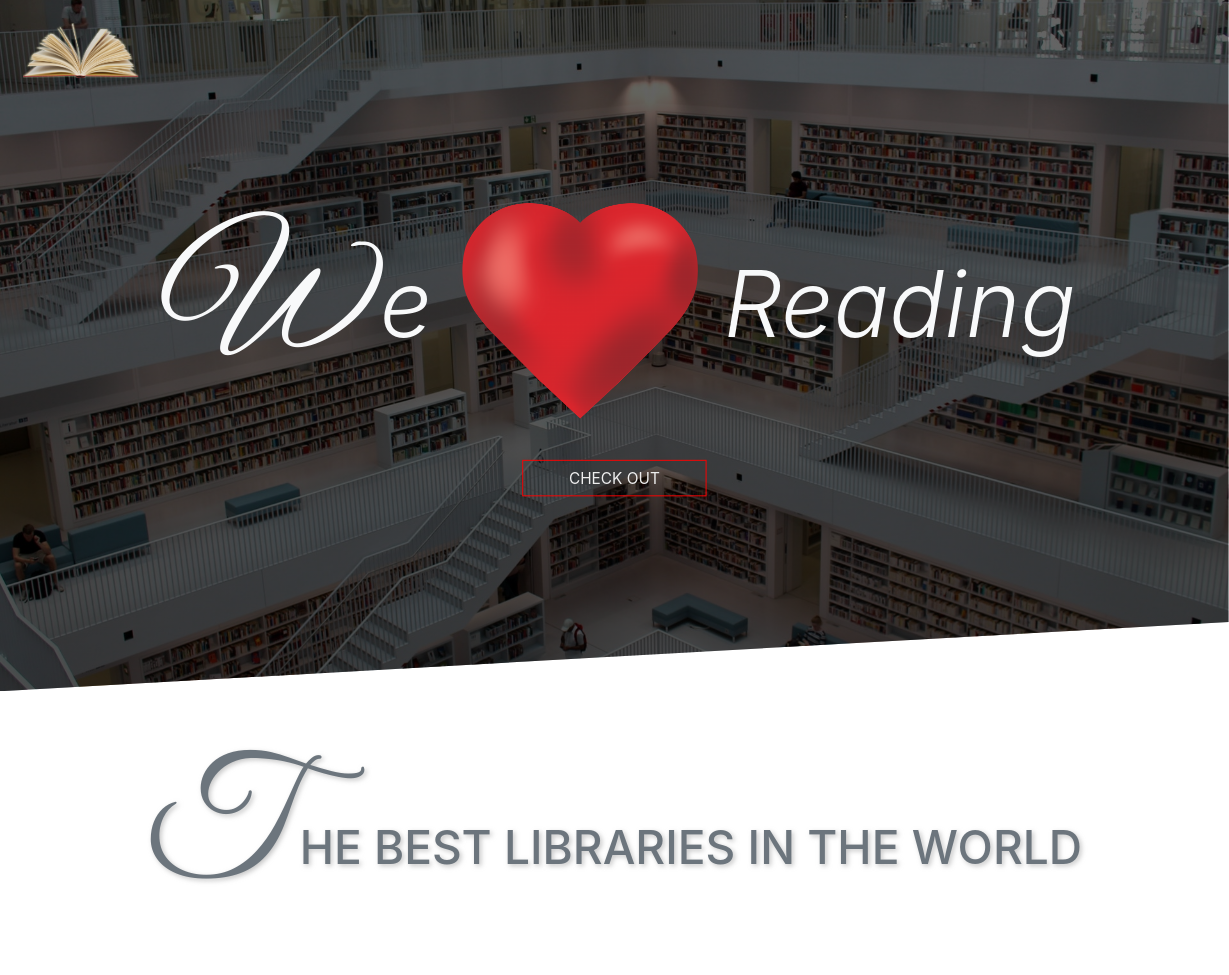
Repository: imedakrouti/BookStore
Page: index.html
An editor plug-in stored every save of this project. The page is shown before and after the next save, followed by the edit.
The browser window is 1280 px wide. The pictures show the whole page, at 96% of full size.
Backgrounds fixed to the window are drawn as part of the page. Some web libraries are served in a nearby version.

Above is the page before, as saved 2020-05-05 18:35:52.

After the next save:
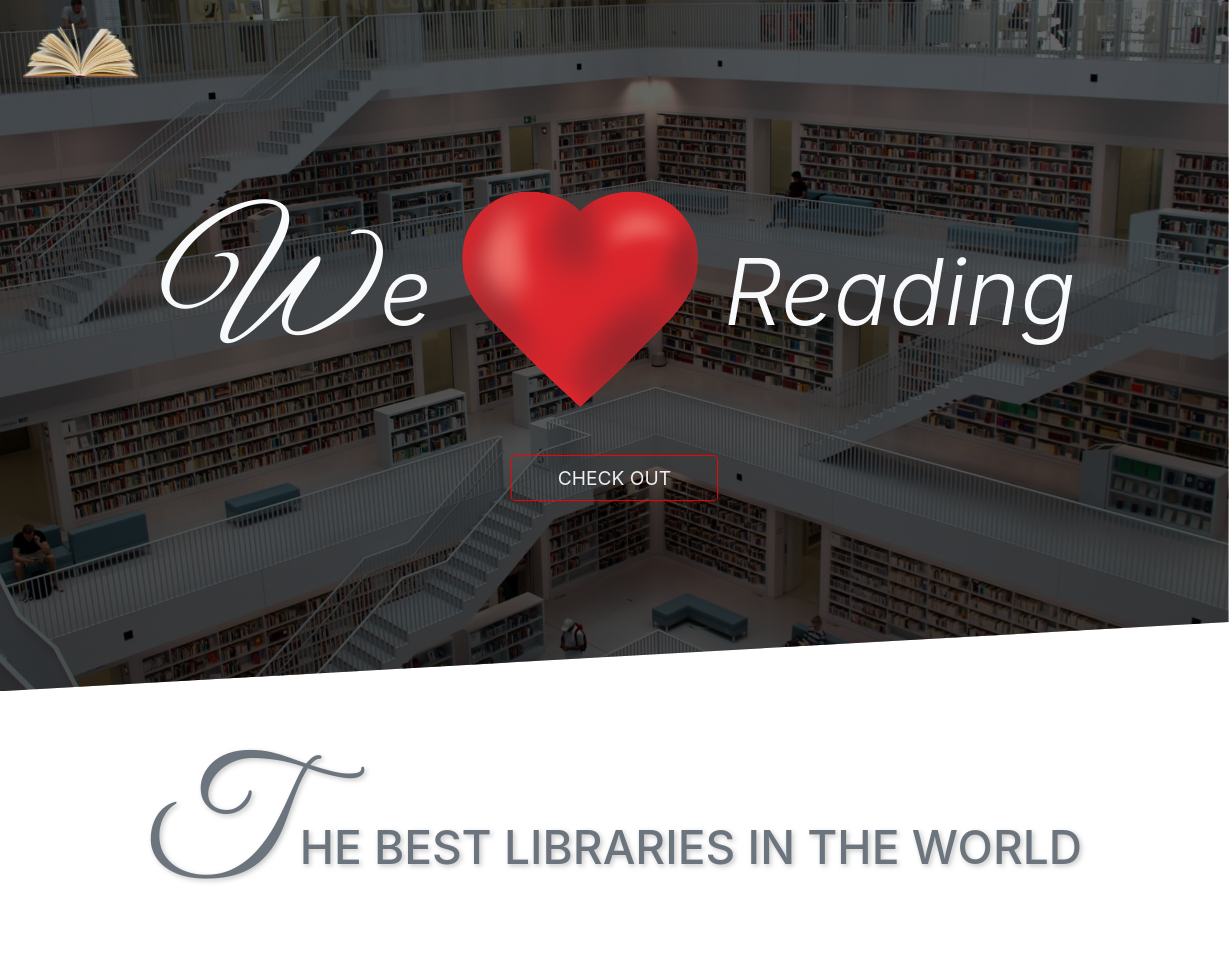
Saved 16 s later.
--- a/index.html
+++ b/index.html
@@ -26,7 +26,7 @@
           <div class="row">
             <div class="col text-center">
               <h1 class="text-light display-1 font-italic mb-5 banner-heading">We <img src="images/img/heart.png" width="250" class="img-fluid"> Reading</h1>
-              <a href="#" class=" bouton text-uppercase px-5 py-2">Check Out</a>
+              <a href="#" class="btn btn-lg bouton text-uppercase px-5">Check Out</a>
             </div>
           </div>
         </div>
